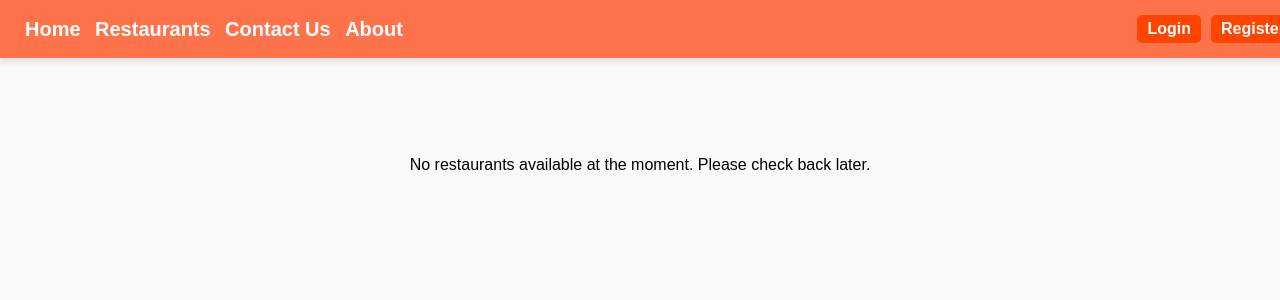
Repository: Sujith-B-S/Food-Application
Page: http://localhost/FoodApplication/home.jsp
The author's editor kept a copy of each file at every save. The page is drawn from the files as they stood at one save, then again after the next save.
The browser window is 1280 px wide. The pictures show the whole page.
Some web fonts or font styles are not loaded; a fallback is used. The page is served by Tomcat 9. Other server files are loaded and not shown.

Above is the page before, as saved 2024-11-16 05:52:15.

### FoodApplication/src/main/webapp/home.jsp
<%@ page language="java" contentType="text/html; charset=UTF-8" pageEncoding="UTF-8"%>
<%@ page import="com.sg.restaurantpojo.Restaurant" %>
<%@ page import="java.util.List" %>
<%@ page import="com.sg.userpojo.User" %>
<!DOCTYPE html>
<html lang="en">
<head>
    <meta charset="UTF-8">
    <meta name="viewport" content="width=device-width, initial-scale=1.0">
    <title>Home - Food Application</title>
    <style>
        /* Google Font */
        @import url('https://fonts.googleapis.com/css2?family=Nunito+Sans:wght@400;600;700&display=swap');

        body {
            margin: 0;
            font-family: 'Nunito Sans', sans-serif;
            background-color: #f9f9f9;
        }

        /* Navbar Styling */
        .navbar {
            position: fixed;
            top: 0;
            width: 100%;
            background-color: #FF734C;
            display: flex;
            justify-content: space-between;
            align-items: center;
            padding: 15px 20px;
            box-shadow: 0 4px 6px rgba(0, 0, 0, 0.1);
            z-index: 1000;
        }

        .navbar a {
            color: white;
            text-decoration: none;
            font-size: 20px;
            margin: 0 5px;
            font-weight: 600;
        }

        .navbar a:hover {
            color: #ffebcd;
        }

        .user-info {
            display: flex;
            align-items: center;
        }

        .user-info p {
            margin: 0 15px 0 0;
            color: white;
            font-size: 18px;
        }

        .user-info a {
            color: #fff;
            padding: 5px 10px;
            border-radius: 5px;
            background-color: #ff4500;
            font-size: 16px;
            text-decoration: none;
        }

        .user-info a:hover {
            background-color: #ff3300;
        }

        /* Page Container */
        .container {
            margin-top: 120px;
            display: flex;
            flex-wrap: wrap;
            gap: 20px;
            justify-content: center;
            padding: 20px;
        }

        /* Card Design */
        .card {
            width: 300px;
            border: 1px solid #ddd;
            border-radius: 10px;
            background-color: #fff;
            box-shadow: 0 4px 8px rgba(0, 0, 0, 0.1);
            overflow: hidden;
            transition: transform 0.3s ease, box-shadow 0.3s ease;
        }

        .card:hover {
            transform: scale(1.05);
            box-shadow: 0 6px 12px rgba(0, 0, 0, 0.2);
        }

        .card img {
            width: 100%;
            height: 180px;
            object-fit: cover;
        }

        .card-content {
            padding: 15px;
        }

        .card-content h3 {
            font-size: 1.5rem;
            color: #333;
            margin: 10px 0;
        }

        .card-content p {
            font-size: 0.9rem;
            color: #666;
            margin: 5px 0;
        }

        .card-content button {
            margin-top: 10px;
            padding: 10px 20px;
            font-size: 16px;
            color: white;
            background-color: #FF734C;
            border: none;
            border-radius: 5px;
            cursor: pointer;
            transition: background-color 0.3s ease;
        }

        .card-content button:hover {
            background-color: #ff3d00;
        }

        /* Responsive Adjustments */
        @media (max-width: 768px) {
            .card {
                width: 90%;
            }

            .navbar a {
                font-size: 18px;
            }
        }

        @media (max-width: 480px) {
            .navbar a {
                font-size: 16px;
            }

            .user-info a {
                font-size: 14px;
            }
        }
    </style>
</head>
<body>
    <!-- Navbar -->
    <div class="navbar">
        <div>
            <a href="home.jsp">Home</a>
            <a href="restaurants.jsp">Restaurants</a>
            <a href="contact.jsp">Contact Us</a>
            <a href="about.jsp">About</a>
        </div>
        <div class="user-info">
            <%
                User user = (User) session.getAttribute("loggedInUser");
                if (user != null) {
            %>
                <p>Welcome, <%= user.getUsername() %></p>
                <a href="login.jsp">Logout</a>
            <%
                } else {
            %>
                <a href="login.jsp">Login</a>
                <a href="register.jsp">Register</a>
            <%
                }
            %>
        </div>
    </div>

    <!-- Restaurant Cards -->
    <div class="container">
        <%
            List<Restaurant> resList = (List<Restaurant>) session.getAttribute("resList");
            if (resList != null) {
                for (Restaurant res : resList) {
        %>
        <div class="card">
            <img src="<%= res.getImage() %>" alt="Restaurant">
            <div class="card-content">
                <h3><%= res.getName() %></h3>
                <p><strong>Cuisine:</strong> <%= res.getCuisineType() %></p>
                <p><strong>Address:</strong> <%= res.getAddress() %></p>
                <p><strong>Ratings:</strong> <%= res.getRatings() %></p>
                <p><strong>Delivery Time:</strong> <%= res.getDeliverTime() %> mins</p>
                <p><strong>Available:</strong> <%= res.getIsActive() ? "Yes" : "No" %></p>
                <a href="ShowMenu?restaurantId=<%= res.getRestaurantId() %>">
                    <button>View Menu</button>
                </a>
            </div>
        </div>
        <%
                }
            } else {
        %>
        <p>No restaurants available at the moment. Please check back later.</p>
        <%
            }
        %>
    </div>
</body>
</html>

After the next save:
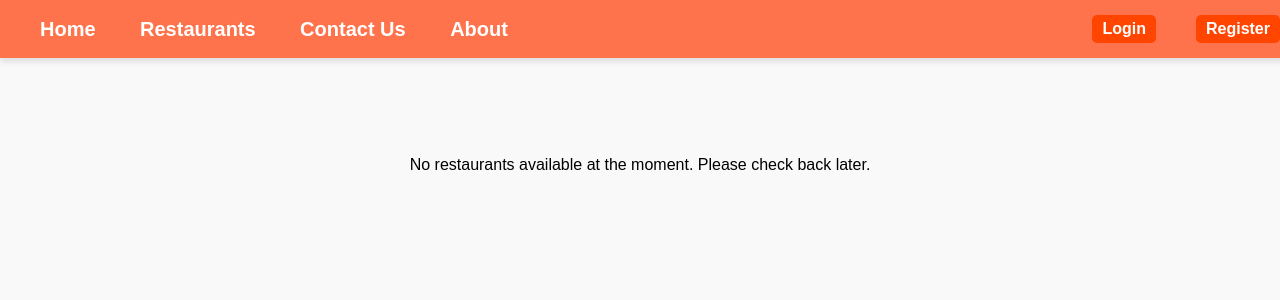
Saved 25 s later.
--- a/FoodApplication/src/main/webapp/home.jsp
+++ b/FoodApplication/src/main/webapp/home.jsp
@@ -36,7 +36,7 @@
             color: white;
             text-decoration: none;
             font-size: 20px;
-            margin: 0 5px;
+            margin: 0 20px;
             font-weight: 600;
         }
 
